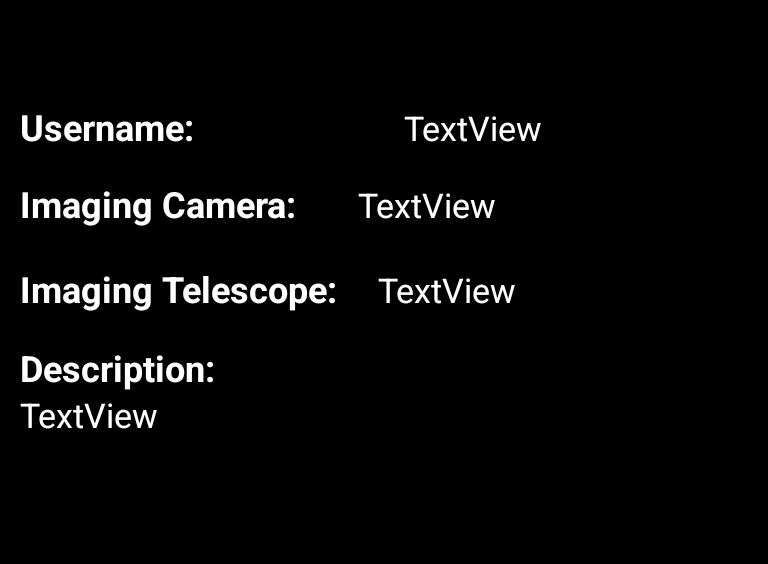
Repository: arianaantonio/APD2
Layout: AstroPix/res/layout/fragment_detail.xml
An editor plug-in stored every save of this project. The layout is shown before and after the next save, followed by the edit.
The pictures show rows 0 to 564 of an output 1280 px tall.
Pictures or frames that could not be fetched are drawn as grey boxes. It is drawn on a 768 x 1280 px phone screen (xhdpi) without system bars, with theme AppTheme; the app's code is not run.

Above is the layout before, as saved 2014-09-20 22:03:59.

After the next save:
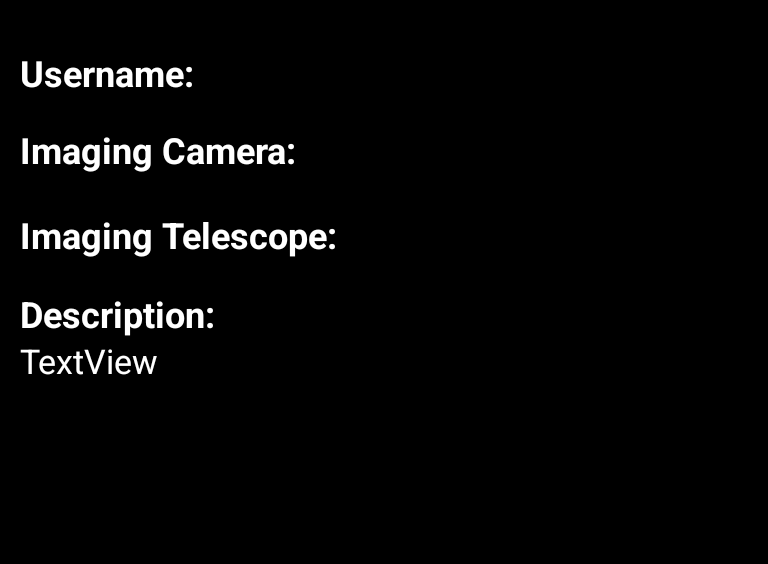
Saved 84 s later.
--- a/AstroPix/res/layout/fragment_detail.xml
+++ b/AstroPix/res/layout/fragment_detail.xml
@@ -5,7 +5,7 @@ android:layout_height="match_parent"
 android:orientation="vertical"
 android:background="@color/Black" >
 <TextView
-android:id="@+id/textView1"
+android:id="@+id/title"
 android:layout_width="wrap_content"
 android:layout_height="wrap_content"
 android:layout_alignParentTop="true"
@@ -15,7 +15,7 @@ android:textColor="@color/white"
 android:textSize="20sp"
 android:textStyle="bold" />
 <TextView
-android:id="@+id/textView3"
+android:id="@+id/username"
 android:layout_width="wrap_content"
 android:layout_height="wrap_content"
 android:layout_marginRight="10dp"
@@ -25,7 +25,7 @@ android:textColor="@color/white"
 android:layout_marginLeft="10dp"
 android:layout_alignLeft="@+id/textView1"
 android:layout_alignParentRight="true"
-android:text="TextView"
+android:text=""
 android:textSize="17sp" />
 <TextView
 android:id="@+id/textView7"
@@ -37,7 +37,7 @@ android:textColor="@color/white"
 android:layout_marginLeft="10dp"
 android:layout_marginRight="10dp"
 android:layout_toRightOf="@+id/textView5"
-android:text="TextView"
+android:text=""
 android:textSize="17sp" />
 <TextView
 android:id="@+id/textView8"
@@ -49,7 +49,7 @@ android:layout_alignLeft="@+id/textView7"
 android:layout_alignParentRight="true"
 android:textColor="@color/white"
 android:layout_marginRight="16dp"
-android:text="TextView"
+android:text=""
 android:textSize="17sp" />
 <TextView
 android:id="@+id/textView9"
